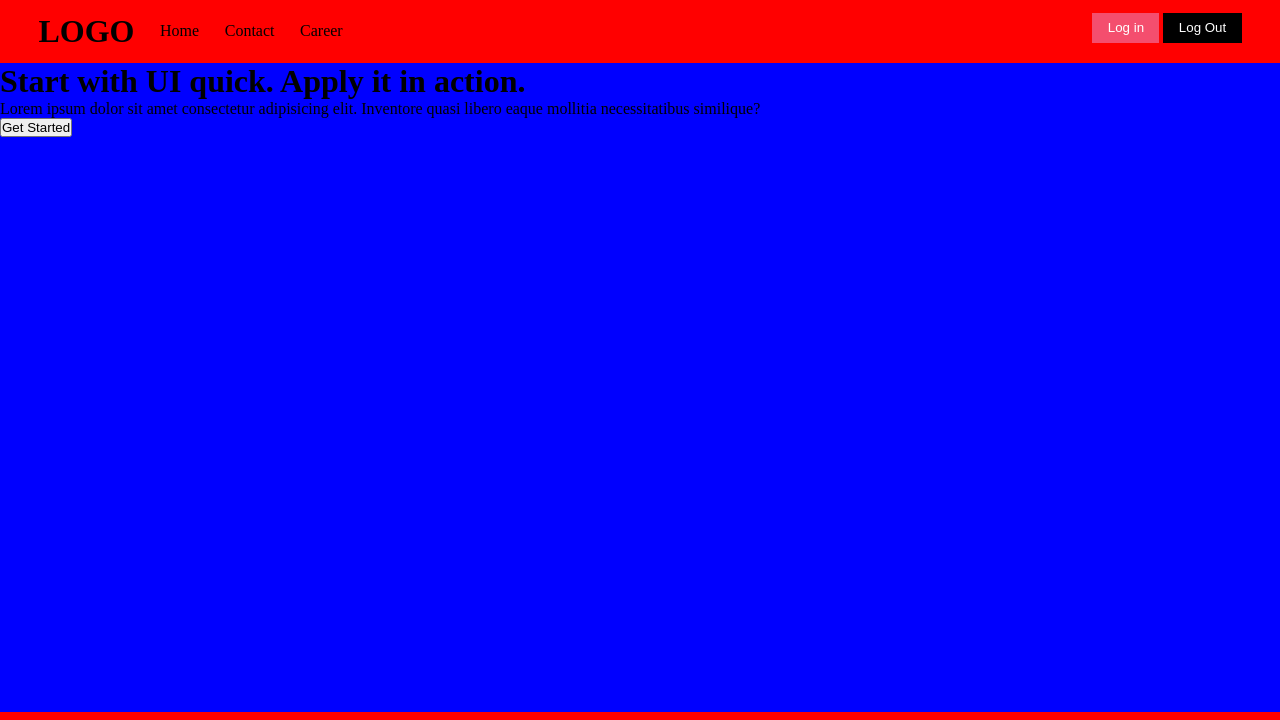
Repository: Ashishchakravartii/landingPage
Page: index.html
An editor plug-in stored every save of this project. The page is shown before and after the next save, followed by the edit.
The browser window is 1280 px wide. The pictures show the whole page.

Above is the page before, as saved 2024-07-24 12:38:46.

### index.html
<!DOCTYPE html>
<html lang="en">
  <head>
    <meta charset="UTF-8" />
    <meta name="viewport" content="width=device-width, initial-scale=1.0" />
    <title>Document</title>
    <link rel="stylesheet" href="style.css">
  </head>
  <body>
    <div class="main">
     <div class="navBar">
        <div class="navLeft">
        <h1>LOGO</h1>
        <a href="">Home</a>
        <a href="">Contact</a>
        <a href="">Career</a>
        </div>

        <div class="navRight">
            <button>Log in</button>
            <button>Log Out</button>
        </div>
     </div>
     <div class="bottomSec">
        <div class="bottomLeft">
            <h1>Start with UI quick. Apply it in action.</h1>
            <p>Lorem ipsum dolor sit amet consectetur adipisicing elit. Inventore quasi libero eaque mollitia necessitatibus similique?</p>
            <button>Get Started</button>
        </div>
        <div class="bottomRight"></div>
     </div>

    </div>
  </body>
</html>

### style.css
*{
    margin: 0;
    padding: 0;
    box-sizing: border-box;
}
html,
body{
    width: 100%;
    height: 100%;
}

.main{
    width: 100vw;
    height: 100vh;
    background-color: red;
}
.navBar{
    width: 100%;
    display: flex;
    justify-content: space-between;
    padding: 1vmax 3vmax;
}
.navLeft{
    display: flex;
    gap: 2vmax;
    align-items: center;
}
.navLeft>a{
    text-decoration: none;
    color: black;
}

.navRight>button{
    padding: 0.6vmax 1.2vmax;
    border: 0;
    color: white;
}
.navRight>button:first-child{
    background-color: #F44E6E;
}
.navRight>button:nth-child(2){
    background-color: black;
}

.bottomSec{
    background-color: blue;
    width: 100%;
    height: 90.25%;
}

After the next save:
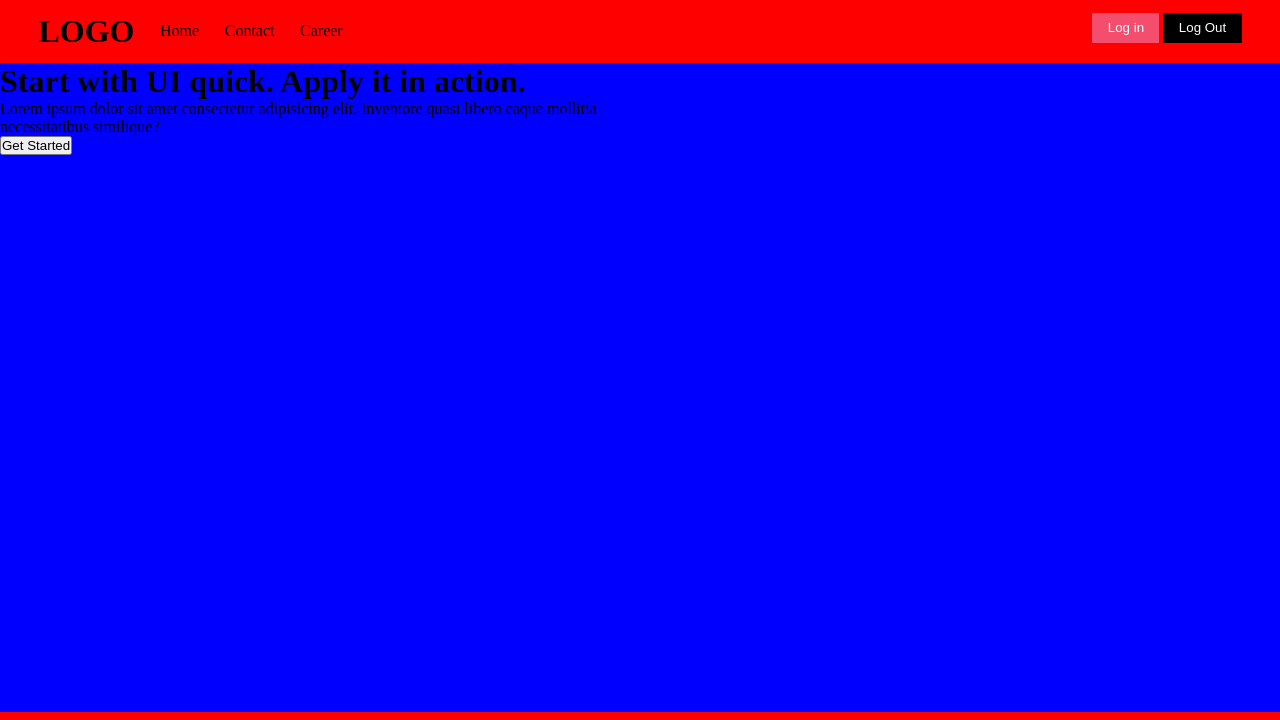
Saved 22 s later.
--- a/style.css
+++ b/style.css
@@ -47,3 +47,7 @@ body{
     width: 100%;
     height: 90.25%;
 }
+
+.bottomSec>div{
+    width: 50%;
+}
